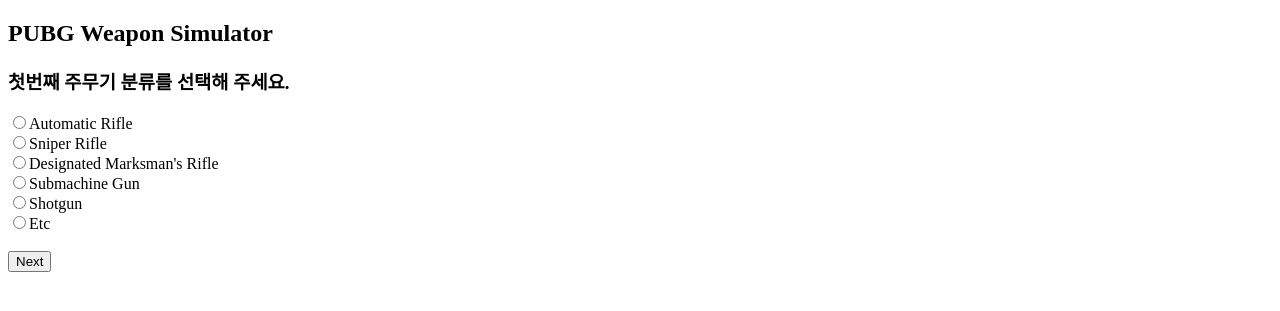
Repository: Tak-kuen/18-2
Page: http://localhost/1501163-report1/1_Start.jsp
These files come from the project's save history. The page is drawn as it stood at one moment and after the next save; the edit follows.
The browser window is 1280 px wide. The pictures show the whole page.
The page is served by Tomcat 9.

Above is the page before, as saved 2018-09-07 05:12:50.

### code/1501163-report1/WebContent/1_Start.jsp
<%@ page language="java" contentType="text/html; charset=UTF-8"
    pageEncoding="UTF-8"%>
<!DOCTYPE html>
<html>
<head>
<meta charset="UTF-8">
<title>1501163</title>
</head>
<body>
<h2>PUBG Weapon Simulator</h2>
<h3>첫번째 주무기 분류를 선택해 주세요.</h3>

<form action="weaponSelect.jsp" method="post">
<input name="category" type="radio" value="ar" >Automatic Rifle<br/>
<input name="category" type="radio" value="sr">Sniper Rifle<br/>
<input name="category" type="radio" value="dmr">Designated Marksman's Rifle<br/>
<input name="category" type="radio" value="smg">Submachine Gun<br/>
<input name="category" type="radio" value="sg">Shotgun<br/>
<input name="category" type="radio" value="etc">Etc<br/>
<br/>
<input type="submit" value="Next">

</form>
</body>
</html>

After the next save:
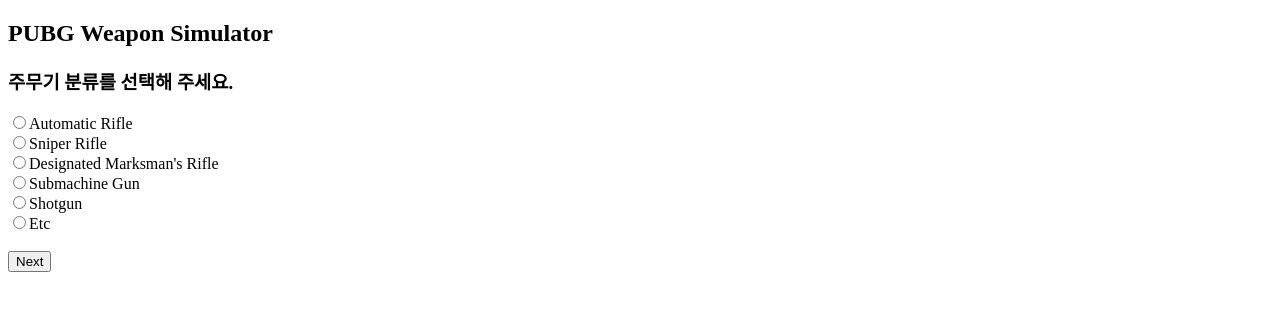
Saved 8 s later.
--- a/code/1501163-report1/WebContent/1_Start.jsp
+++ b/code/1501163-report1/WebContent/1_Start.jsp
@@ -8,7 +8,7 @@
 </head>
 <body>
 <h2>PUBG Weapon Simulator</h2>
-<h3>첫번째 주무기 분류를 선택해 주세요.</h3>
+<h3>주무기 분류를 선택해 주세요.</h3>
 
 <form action="weaponSelect.jsp" method="post">
 <input name="category" type="radio" value="ar" >Automatic Rifle<br/>
